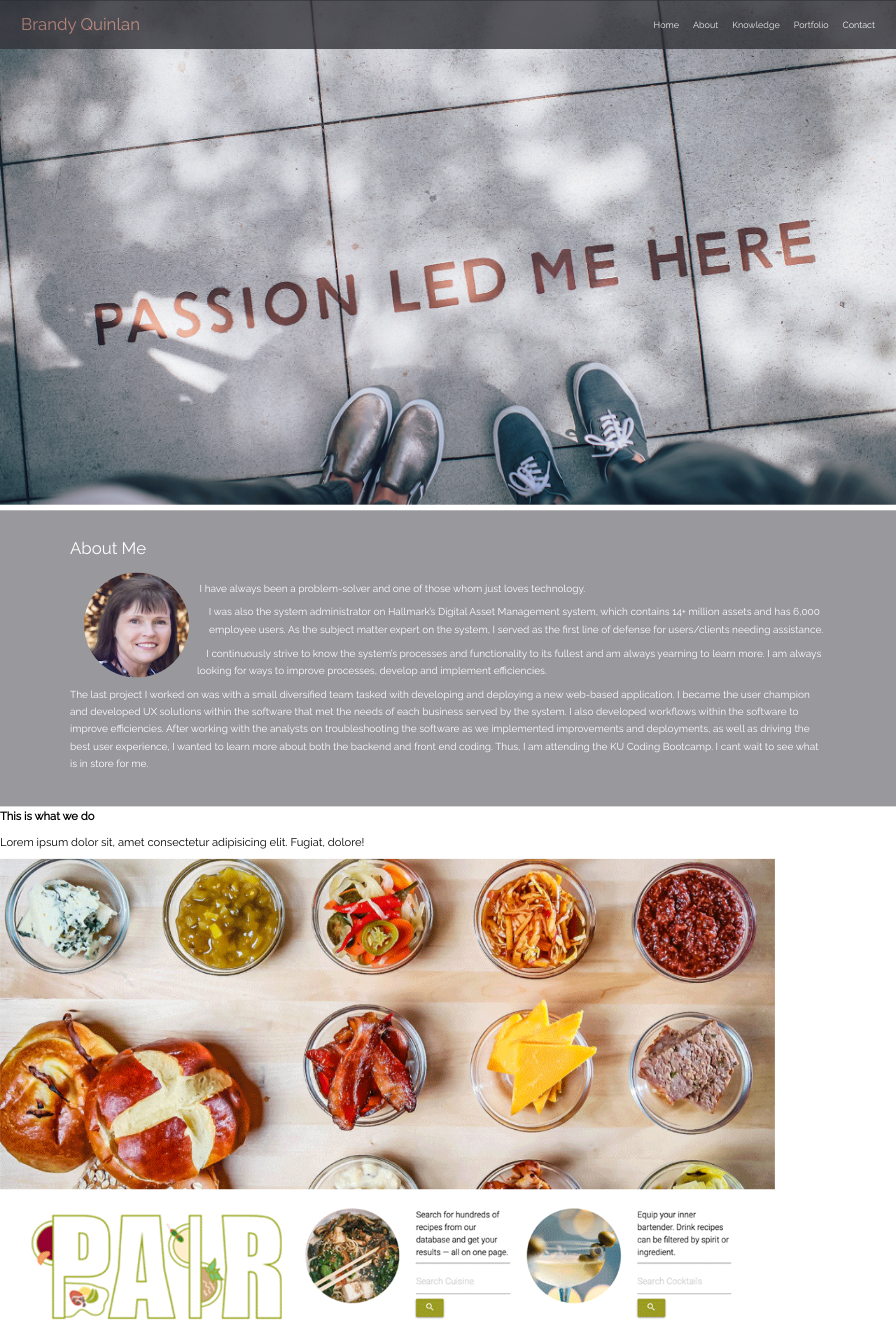
Repository: brandyquinlan/brandyquinlan
Page: index.html
These files come from the project's save history. The page is drawn as it stood at one moment and after the next save; the edit follows.
The browser window is 1280 px wide. The pictures show the part of the page from y = 0 to 1920 px (the page is 3384 px tall), at 70% of full size.
Some web libraries are served in a nearby version.

Above is the page before, as saved 2021-02-05 11:15:57.

After the next save:
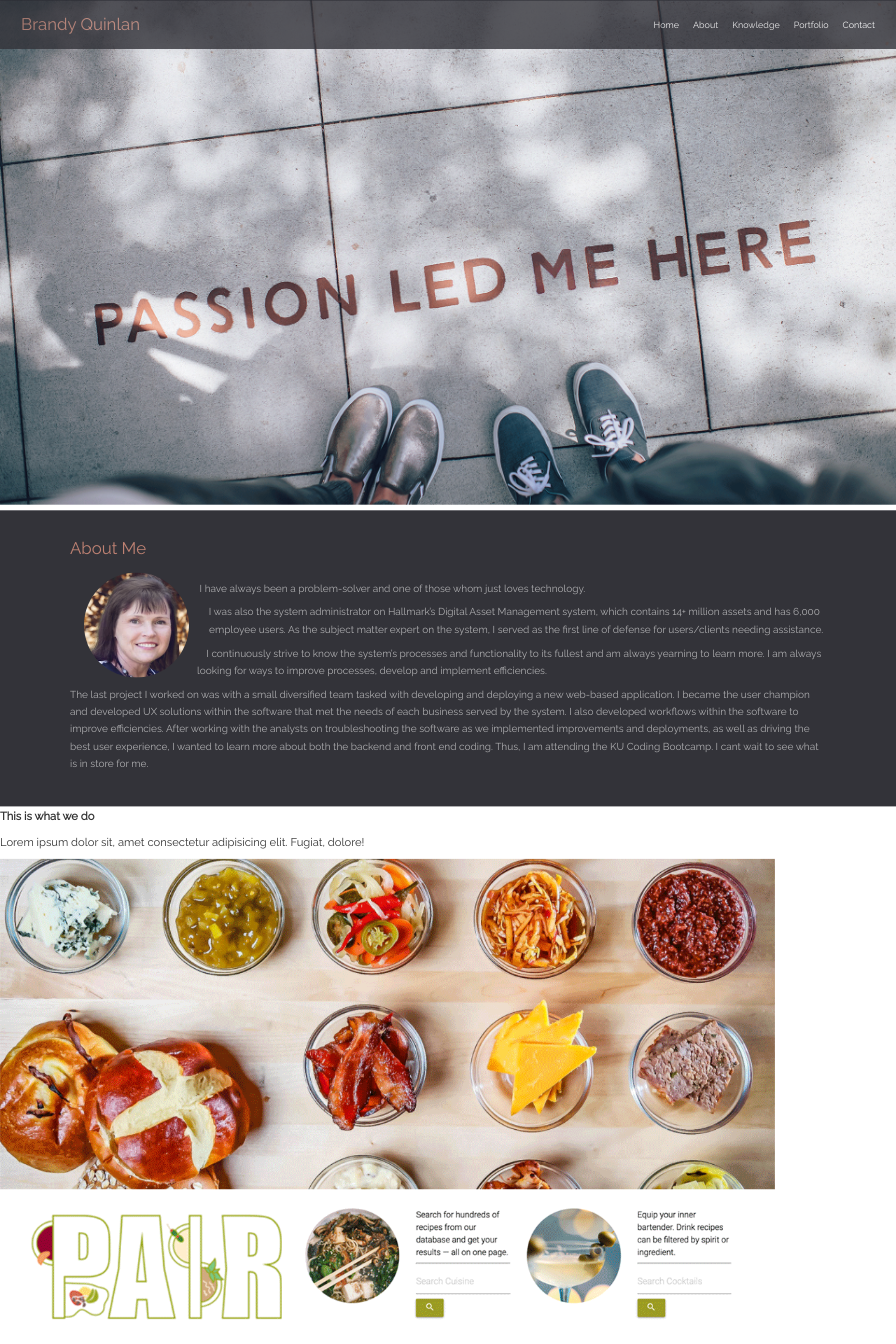
Saved 15 s later.
--- a/css/style.css
+++ b/css/style.css
@@ -10,7 +10,7 @@
 body {
     font-family: 'Raleway', sans-serif;
     background: #fff;
-    /* color: #333; */
+    color: #333;
     line-height: 1.7;
 }
 
@@ -92,13 +92,13 @@ header h1 {
 
 #aboutMe {
     padding: 40px 100px;
-    background: #99999d;
+    background: #333339;
     color: #fff;
     font-size: .9rem;
 }
 
 #aboutMe h1 {
-    color: #fff;
+    color: #bf8273;
     padding-bottom: 20px;
 }
 
@@ -117,6 +117,10 @@ header h1 {
     height: 150px;
 }
 
+#aboutMe p {
+    opacity: .6;
+}
+
 
 /* Footer */
 
